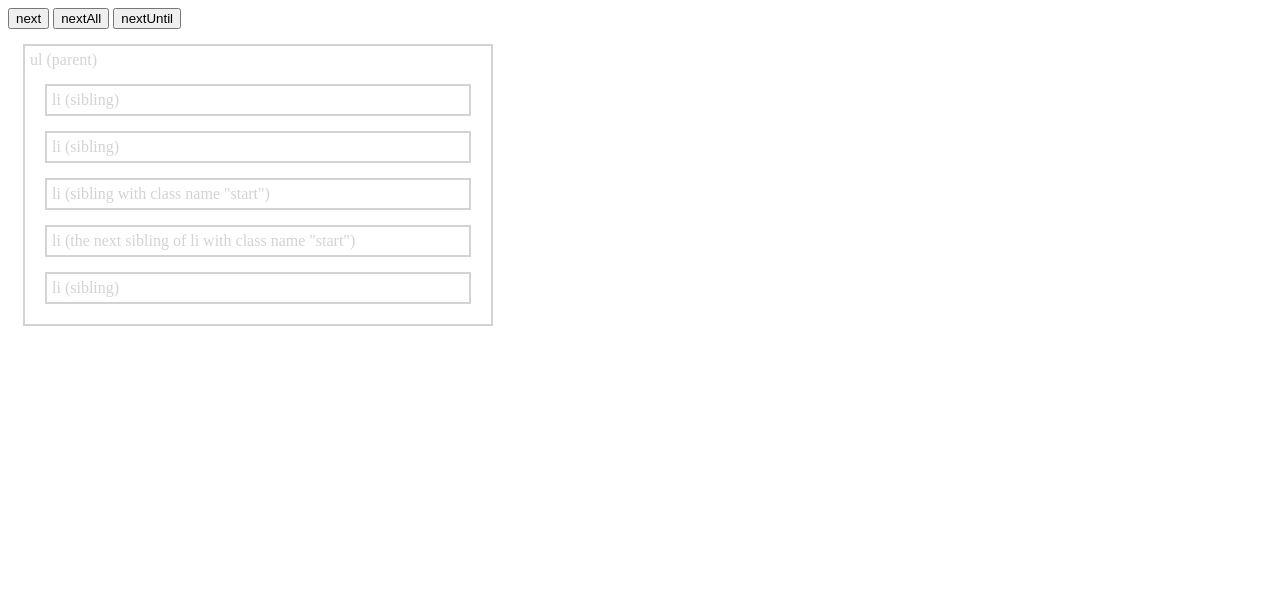
Repository: jeje0130/html
Page: jqpro/WebContent/0128/찾기메서드.html
These files come from the project's save history. The page is drawn as it stood at one moment and after the next save; the edit follows.
The browser window is 1280 px wide. The pictures show the whole page.

Above is the page before, as saved 2021-01-28 02:46:53.

### jqpro/WebContent/0128/찾기메서드.html
<!DOCTYPE html>
<html>
<head>
<style>
.siblings * {
  display: block;
  border: 2px solid lightgrey;
  color: lightgrey;
  padding: 5px;
  margin: 15px;
}
</style>
<script src="https://ajax.googleapis.com/ajax/libs/jquery/3.5.1/jquery.min.js"></script>
<script>
$(document).ready(function(){

	$('#next').on('click', function () {
		$("#d1 li.start").next().css({"color": "red", "border": "2px solid red"});
	})

	$('#nextAll').on('click', function () {
		$("#d1 li.start").nextAll().css({"color": "blue", "border": "2px solid blue"});
	})
});


</script>
</head>
<body>

<input id="next" type="button" value="next">
<input id="nextAll" type="button" value="nextAll">
<input id="nextUntil" type="button" value="nextUntil">

<div id="d1" style="width:500px;" class="siblings">
  <ul>ul (parent)
    <li>li (sibling)</li>
    <li>li (sibling)</li>
    <li class="start">li (sibling with class name "start")</li>
    <li>li (the next sibling of li with class name "start")</li>
    <li>li (sibling)</li>
  </ul>
</div>

</body>
</html>

After the next save:
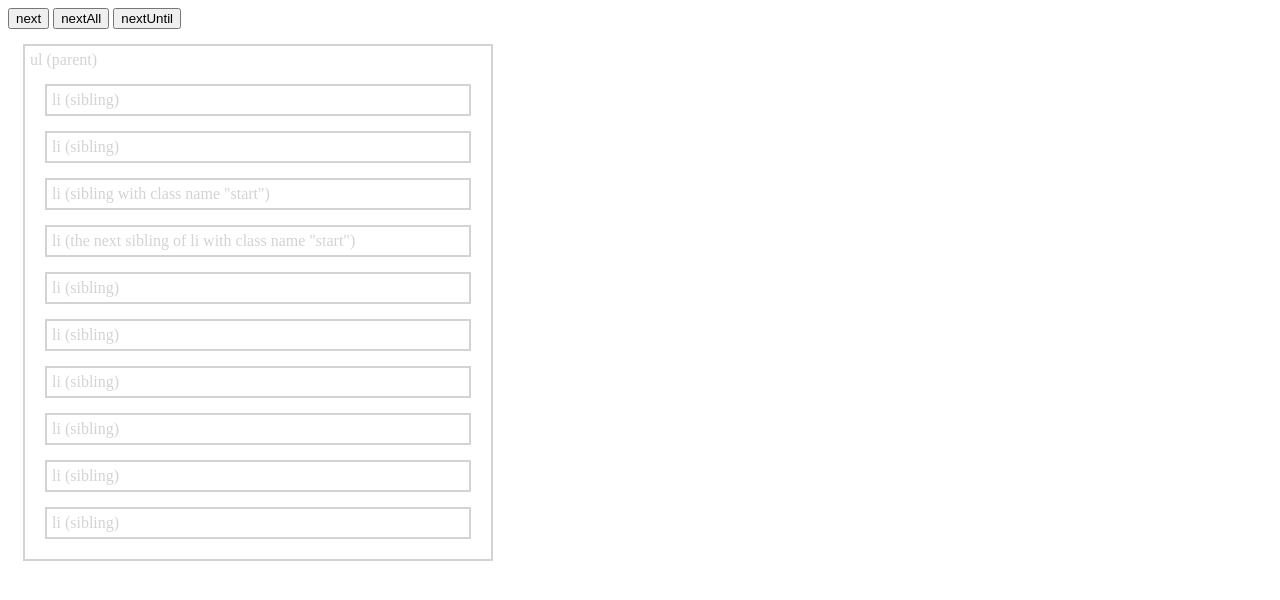
Saved 79 s later.
--- a/jqpro/WebContent/0128/찾기메서드.html
+++ b/jqpro/WebContent/0128/찾기메서드.html
@@ -21,6 +21,10 @@ $(document).ready(function(){
 	$('#nextAll').on('click', function () {
 		$("#d1 li.start").nextAll().css({"color": "blue", "border": "2px solid blue"});
 	})
+
+	$('#nextUntil').on('click', function () {
+		$("#d1 li.start").nextUntil().css({"color": "green", "border": "2px solid green"});
+	})
 });
 
 
@@ -39,6 +43,11 @@ $(document).ready(function(){
     <li class="start">li (sibling with class name "start")</li>
     <li>li (the next sibling of li with class name "start")</li>
     <li>li (sibling)</li>
+    <li>li (sibling)</li>
+    <li>li (sibling)</li>
+    <li>li (sibling)</li>
+    <li>li (sibling)</li>
+    <li>li (sibling)</li>
   </ul>
 </div>
 
